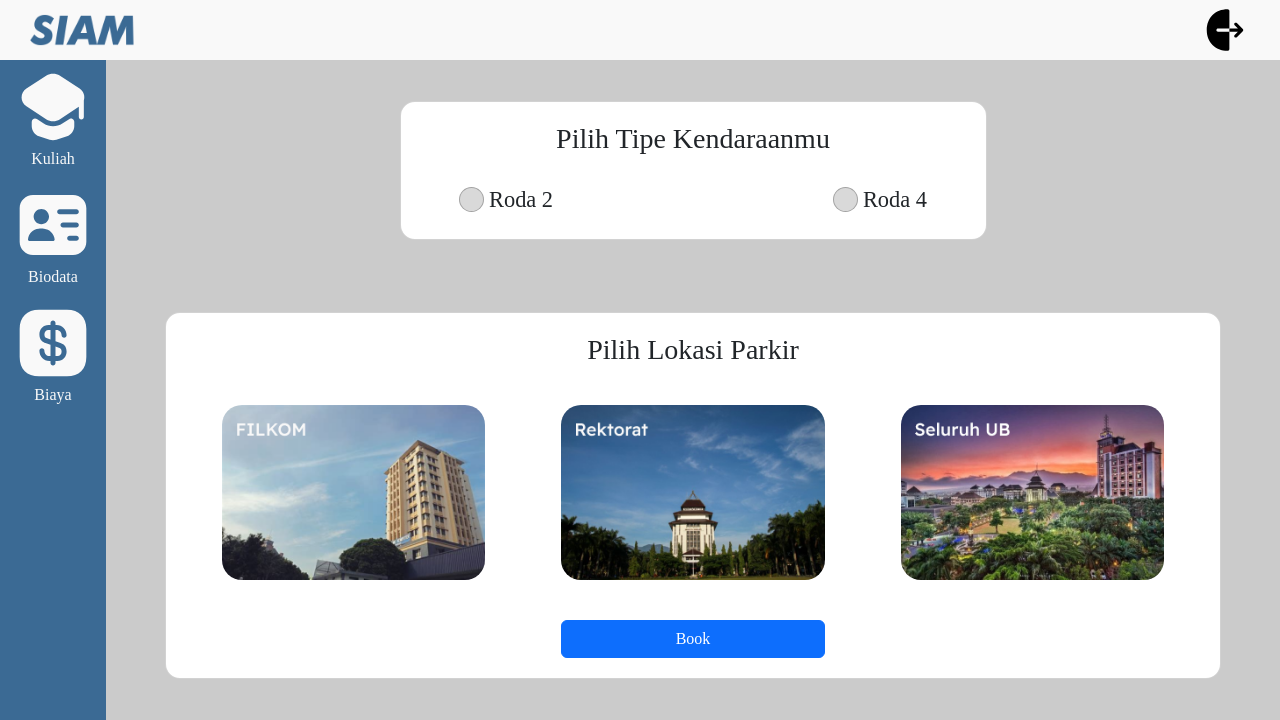
Repository: haikalirf/Project-IMK
Page: parkir.html
These files come from the project's save history. The page is drawn as it stood at one moment and after the next save; the edit follows.
The browser window is 1280 px wide. The pictures show the whole page.
Some web fonts or font styles are not loaded; a fallback is used.

Above is the page before, as saved 2022-12-14 14:12:56.

After the next save:
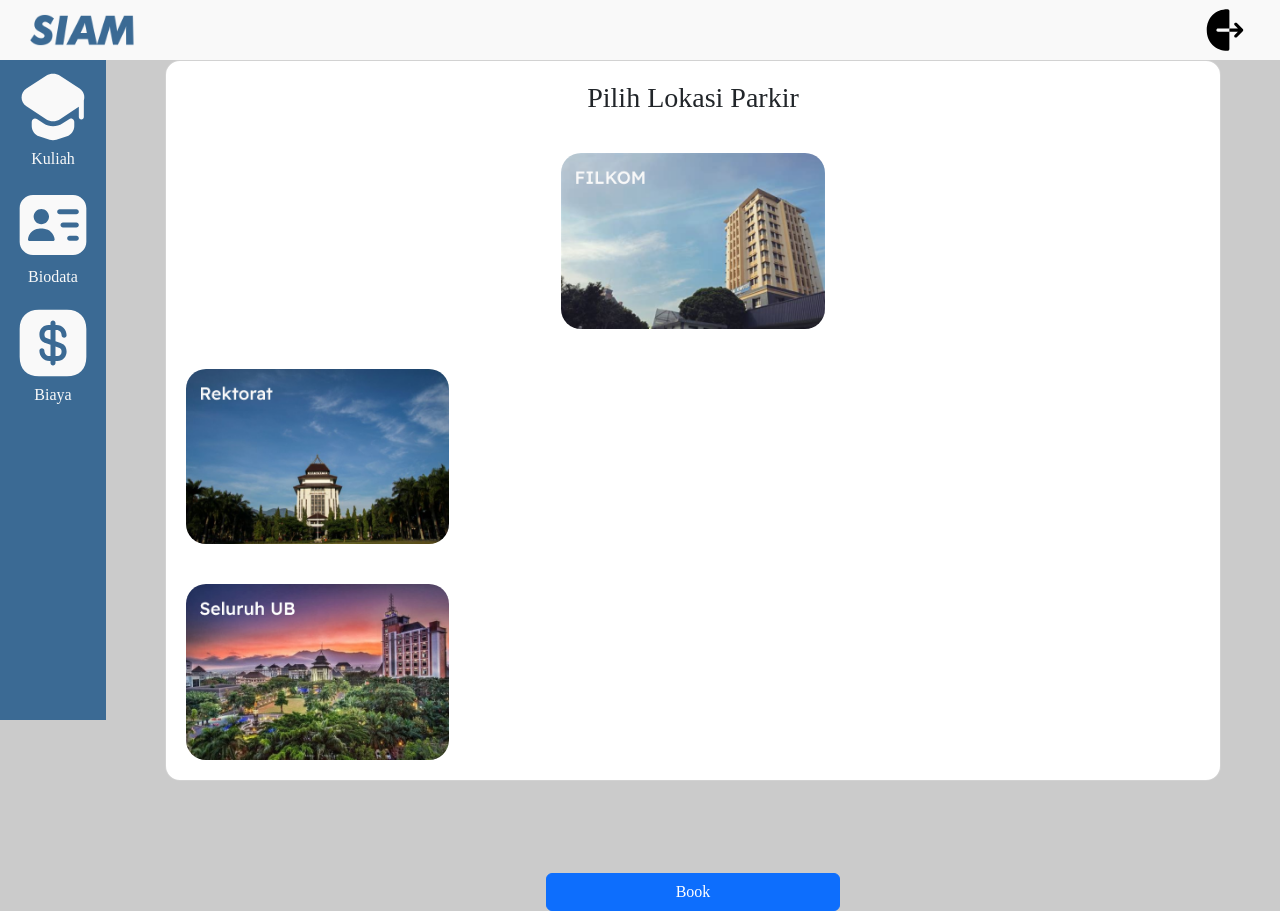
Saved 37 min 48 s later.
--- a/parkir.html
+++ b/parkir.html
@@ -53,7 +53,7 @@
 		<div class="card" id="cardBottom">
 			<h3 class="card-judul">Pilih Lokasi Parkir</h3>
 			<div class="d-flex align-content-around kumpulan-gambar-parkir">
-				<input class="gambar-parkir" type="image" src="/assets/filkom.png" onclick="border(this)">
+				<input class="gambar-parkir" type="image" src="/assets/filkom.png" onclick="border(this)"></div>
 				<input class="gambar-parkir" type="image" src="/assets/rektorat.png" onclick="border(this)">
 				<input class="gambar-parkir" type="image" src="/assets/seluruh_ub.png" onclick="border(this)">
 			</div>

After the save that followed:
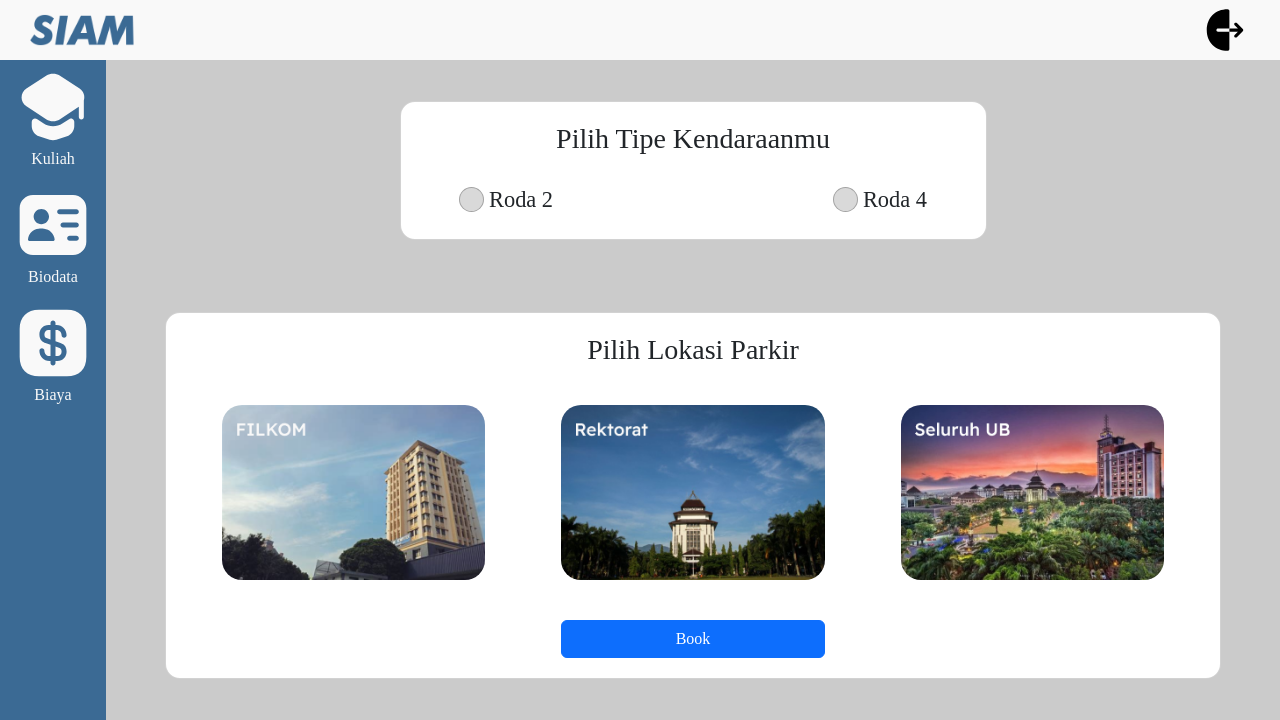
Saved 12 s later.
--- a/parkir.html
+++ b/parkir.html
@@ -53,7 +53,7 @@
 		<div class="card" id="cardBottom">
 			<h3 class="card-judul">Pilih Lokasi Parkir</h3>
 			<div class="d-flex align-content-around kumpulan-gambar-parkir">
-				<input class="gambar-parkir" type="image" src="/assets/filkom.png" onclick="border(this)"></div>
+				<input class="gambar-parkir" type="image" src="/assets/filkom.png" onclick="border(this)"><input
 				<input class="gambar-parkir" type="image" src="/assets/rektorat.png" onclick="border(this)">
 				<input class="gambar-parkir" type="image" src="/assets/seluruh_ub.png" onclick="border(this)">
 			</div>
